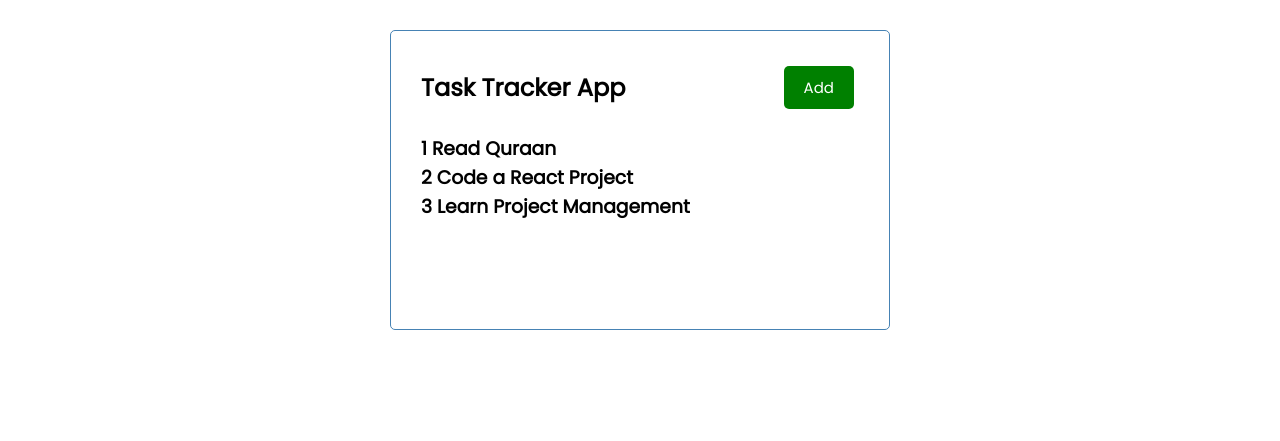
Repository: feyroozecode/task_tracker
Page: /
An editor plug-in stored every save of this project. The page is shown before and after a run of saves, followed by the edit.
The browser window is 1280 px wide. The pictures show the whole page.
The project was rebuilt for these pictures with package versions that can differ from the ones it lists, and the page was loaded fresh each time.

Above is the page before, as saved 2023-10-20 08:41:20.

### public/index.html
<!DOCTYPE html>
<html lang="en">
  <head>
    <meta charset="utf-8" />
    <link rel="icon" href="%PUBLIC_URL%/favicon.ico" />
    <meta name="viewport" content="width=device-width, initial-scale=1" />
    <meta name="theme-color" content="#000000" />
    <meta
      name="description"
      content="Web site created using create-react-app"
    />
    <link rel="apple-touch-icon" href="%PUBLIC_URL%/logo192.png" />

    <link rel="manifest" href="%PUBLIC_URL%/manifest.json" />

    <title>React App</title>
  </head>
  <body>
    <noscript>You need to enable JavaScript to run this app.</noscript>

    <div id="root"></div>

  </body>
</html>

### src/App.js
import Header from './components/Header'
import Tasks from './components/Tasks'
import { useState } from 'react'
/**
 * A App component entry of the React App
*/
const App = ()  => {
   const appName = 'Task Tracker App'

   const [tasks, setTasks] = useState( [
    {
        id: 1,
        text: 'Read Quraan',
        day: 'Oct 20th at 6h00',
        reminder: true
    },
    {
        id: 2,
        text: 'Code a React Project ',
        day: 'Oct 20th at 6h30',
        reminder: false
    },
    {
        id: 3,
        text: 'Learn Project Management',
        day: 'Oct 21th at 6h30',
        reminder: true
    },
]);
   return (
     <div className="container">
      <Header title={appName} />
      <Tasks tasks={tasks} />
     </div>
   );

}

export default App;

### src/components/Header.js
import PropTypes from 'prop-types'
import AddButton from './AddButton'

/*
 * Header compnent show title and use a AddButton component for add new task
*/
const Header = ({ title }) => {

    const onClick = (e) => {
        console.log('Click Add Btn');
    }

    return (
        <header className='header'>
            <h2 > { title } </h2>
            <AddButton color='green' text='Add' onClick={onClick} />

        </header>
    )
}

// set default title
Header.defaultProps = {
    title: 'Task Tracker'
}

Header.propTypes = {
    title: PropTypes.string.isRequired  // title is required by the header
}

export default Header

### src/components/Tasks.js
import Task from './Task'

const Tasks = ({ tasks }) => {

    return (
       <>
       {
        tasks.map((task) => ( <>  <h3 key={task.id}>{ task.id } {task.text} </h3> </> ))
       }
       </>
    );
}

export default Tasks

### src/components/AddButton.js
import PropTypes from 'prop-types'

/*
 * AddButton component used for adding a new task
 * @param color => define a button background color
 * @param text => a text to show on button
 * @param onClick => onClick function to call when btn is clicked
*/
const AddButton = ({color, text, onClick}) => {

    return (
     <button
         className='btn'
        style={{ backgroundColor: color }}
        onClick={onClick}
     > {text} </button>
    )
}

AddButton.defaultProps = {
    color: 'steetblue' // default color of button
}

// define a different props types to prevent error and for type checking
AddButton.propTypes = {
    text: PropTypes.string,
    color: PropTypes.string,
    onClick: PropTypes.func.isRequired
}

export default AddButton

### src/components/Task.js

const Task = ({ task }) => {
    return (
        <div className="task">
            <h3> { task.text } </h3>
            <p> { task.day } </p>
        </div>
    )
}

export default Task

Loaded but not shown: src/index.js (common file); src/index.css (common file)

After the next 3 saves:
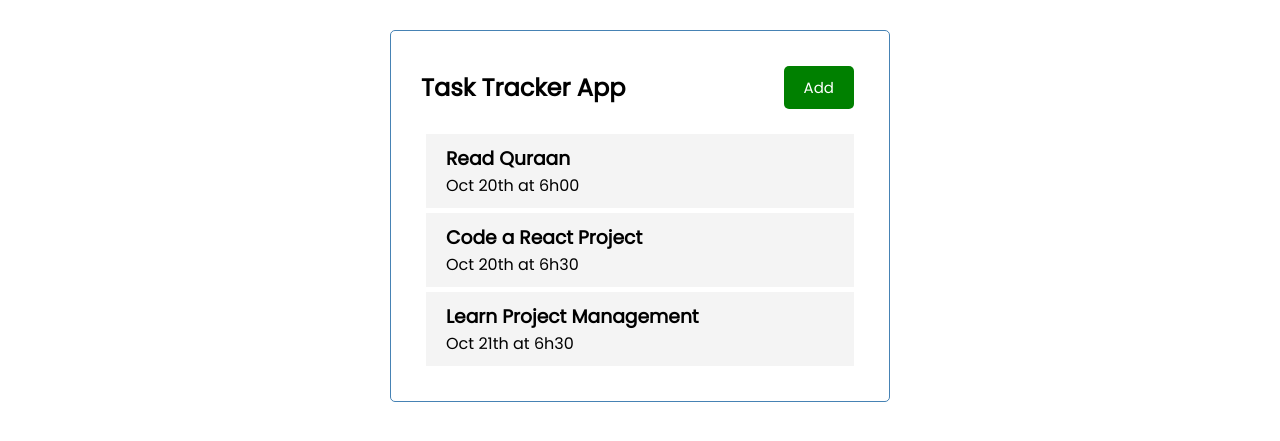
The 3 saves are shown as one change because they came seconds apart.
The last was saved 16 s later.
--- a/src/components/Tasks.js
+++ b/src/components/Tasks.js
@@ -5,7 +5,7 @@ const Tasks = ({ tasks }) => {
     return (
        <>
        {
-        tasks.map((task) => ( <>  <h3 key={task.id}>{ task.id } {task.text} </h3> </> ))
+        tasks.map((task) => ( <> <Task task={task}/> </> ))
        }
        </>
     );
